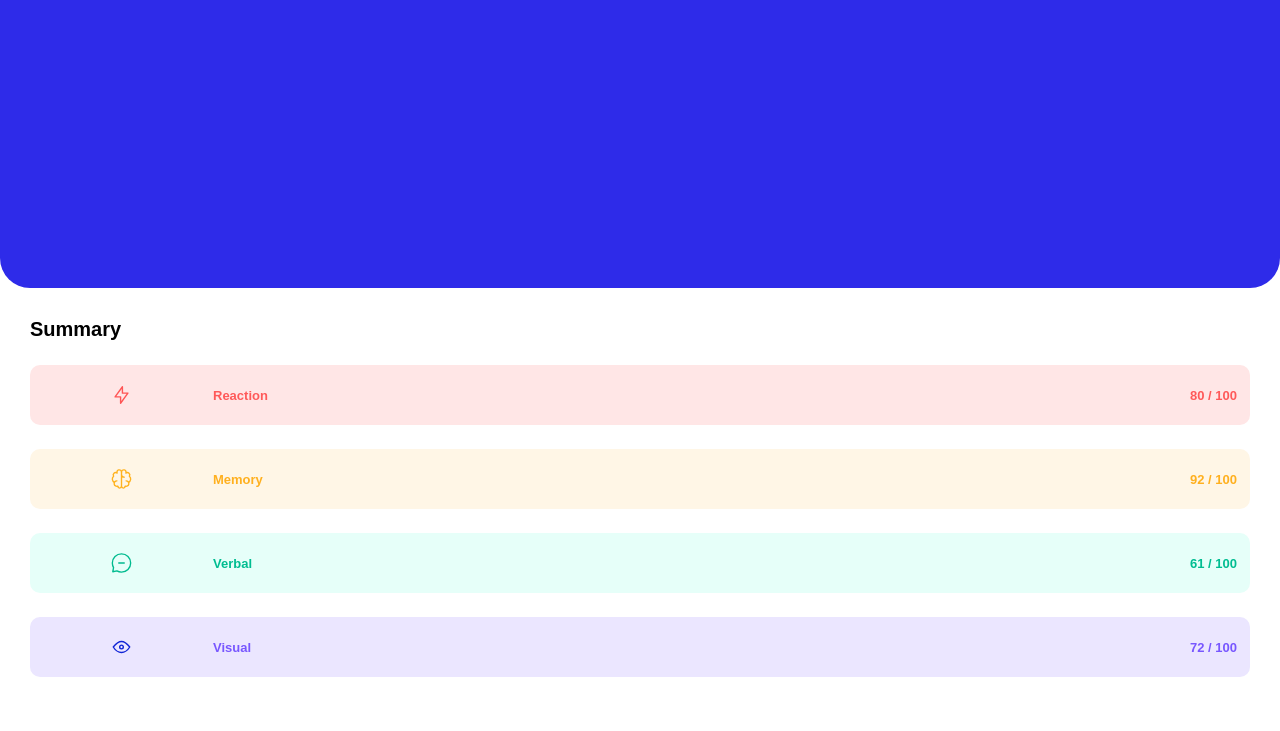
Repository: limaneto/frontend-mentor-results-summary
Page: index.html
The author's editor kept a copy of each file at every save. The page is drawn from the files as they stood at one save, then again after the next save.
The browser window is 1280 px wide. The pictures show the whole page.

Above is the page before, as saved 2023-11-06 01:42:54.

After the next save:
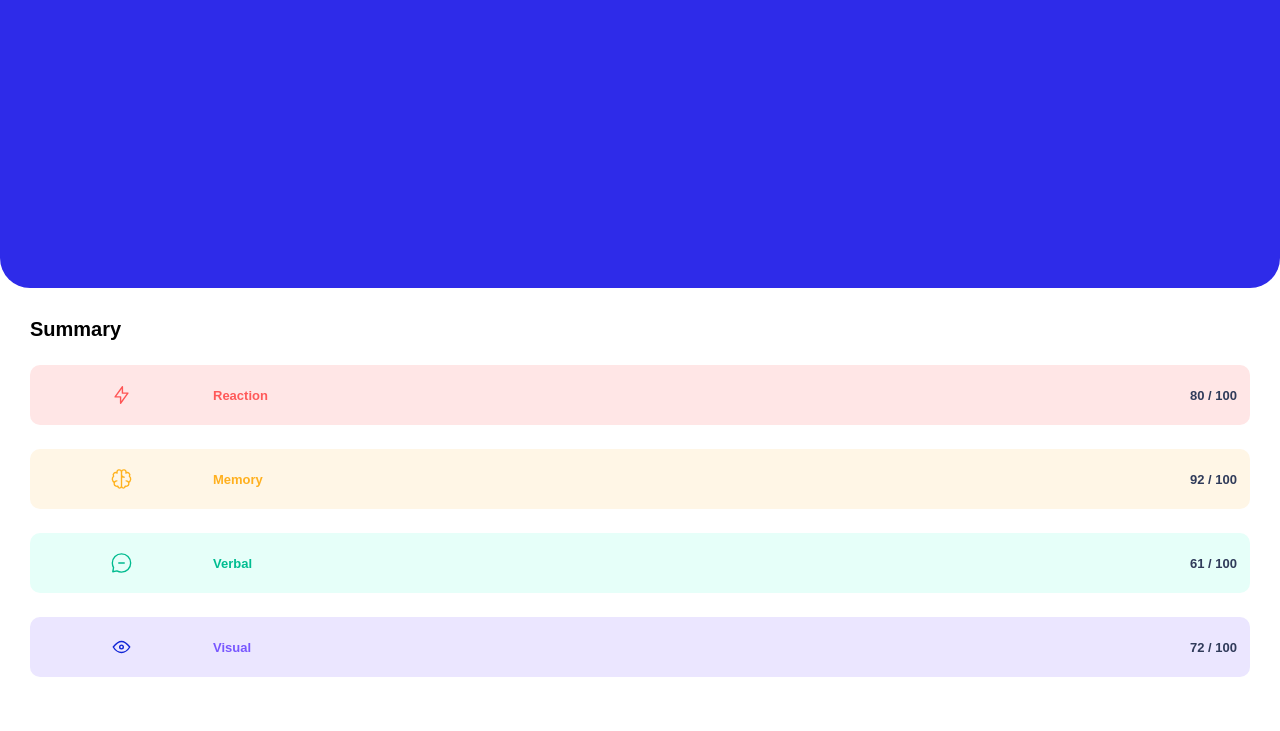
Saved 22 s later.
--- a/style.css
+++ b/style.css
@@ -93,6 +93,7 @@ summary > ul > li {
 }
 
 li > span {
+  color: var(--dark-gray-blue);
   margin-right: 1.3rem;
   margin-left: auto;
 }
